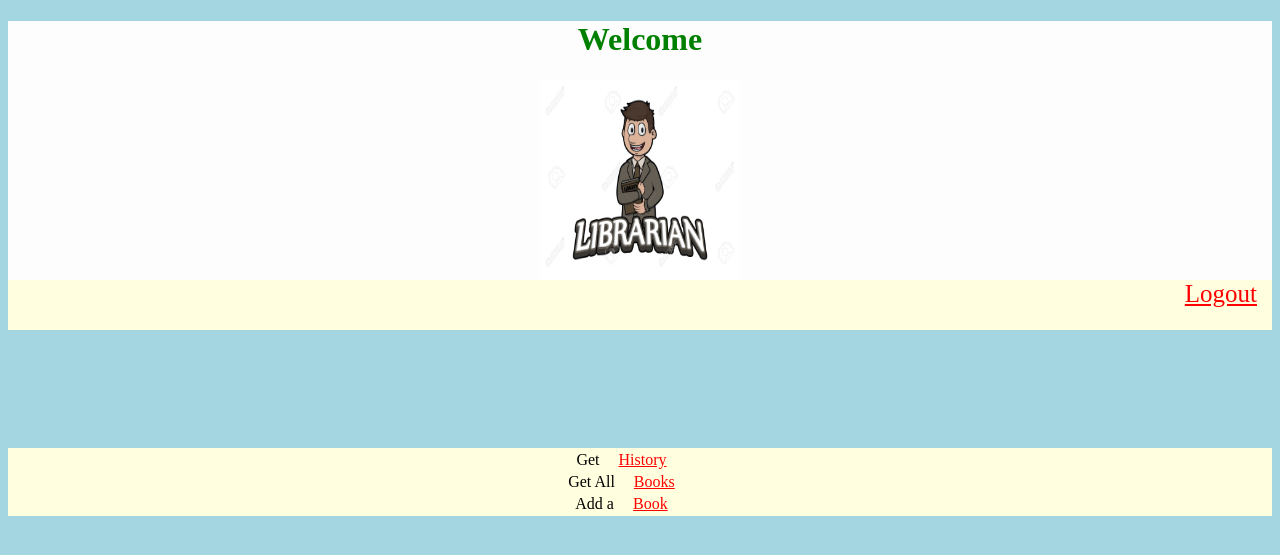
Repository: prashantvadlamani/Library-Management-System
Page: http://localhost/project/librarian.jsp
An editor plug-in stored every save of this project. The page is shown before and after the next save, followed by the edit.
The browser window is 1280 px wide. The pictures show the whole page.
The page is served by Tomcat 9. Other server files are loaded and not shown.

Above is the page before, as saved 2018-08-23 06:10:52.

### project/WebContent/librarian.jsp
<%@ page language="java" contentType="text/html; charset=ISO-8859-1"
    pageEncoding="ISO-8859-1"%>
<%@page import="java.util.*"%>
<%@page import="model.*"%>
<!DOCTYPE html PUBLIC "-//W3C//DTD HTML 4.01 Transitional//EN" "http://www.w3.org/TR/html4/loose.dtd">
<html>
<head>
<meta http-equiv="Content-Type" content="text/html; charset=ISO-8859-1">
<title>Librarian</title>
<style>
	h1{
		text-align:center;
		color: green;
	}

	a{
		color: red;
		padding: 15px;
	}
	body{
		background-color: #a3d6e0;
	}
	img{
		width:200px;
		height: 200px;
	}
	.center {
    display: block;
    margin-left: auto;
    margin-right: auto;
	}
	table{
		background-color: lightyellow;
		margin-top: 100px;
		text-align: center;
	}
</style>
</head>
<body>
	<header style="background-color:#fdfdfd;">
	   <h1>Welcome</h1>
	   <span><img src="images/librarianlogo.jpg" class="center"></img></span>
  </header>
	<div style="text-align:right;background-color: lightyellow;height: 50px;font-size: 25px;"><a href="logout" >Logout</a></div>
	<br>
	<table align="center" width="100%">
		<tr>
			<td>Get <a href="libhistory">History</a></td>
		</tr>
		<tr>
			<td>Get All <a href="librarianServlet">Books</a></td>
		</tr>
		<tr>
			<td>Add a <a href="add">Book</a><td>
	</tr>
	</table>
</body>
</html>

After the next save:
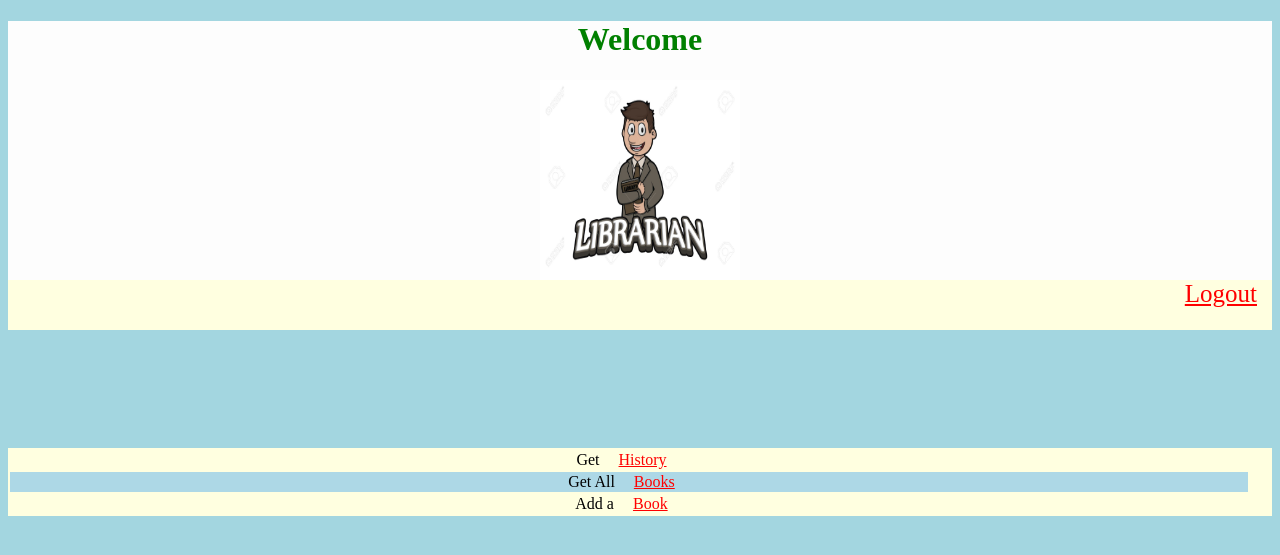
Saved 38 s later.
--- a/project/WebContent/librarian.jsp
+++ b/project/WebContent/librarian.jsp
@@ -48,7 +48,7 @@
 			<td>Get <a href="libhistory">History</a></td>
 		</tr>
 		<tr>
-			<td>Get All <a href="librarianServlet">Books</a></td>
+			<td style="background-color: lightblue">Get All <a href="librarianServlet">Books</a></td>
 		</tr>
 		<tr>
 			<td>Add a <a href="add">Book</a><td>
